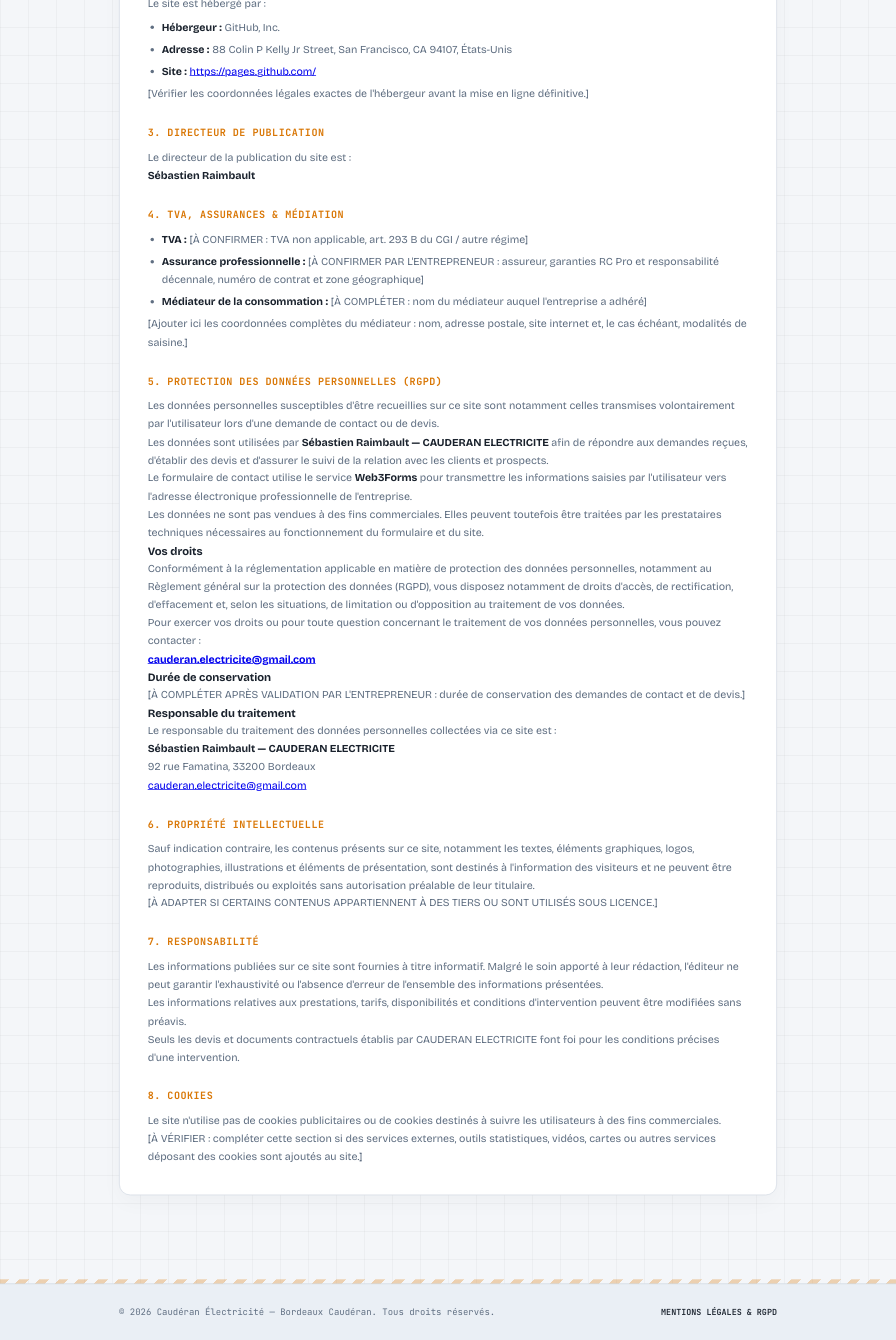
Repository: cauderanelectricite/cauderanelectricite.github.io
Page: mentions-legales.html
An editor plug-in stored every save of this project. The page is shown before and after the next save, followed by the edit.
The browser window is 1280 px wide. The pictures show the part of the page from y = 882 to 2802 px (the page is 2796 px tall before and 2802 px after), at 70% of full size.

Above is the page before, as saved 2026-09-29 20:41:46.

After the next save:
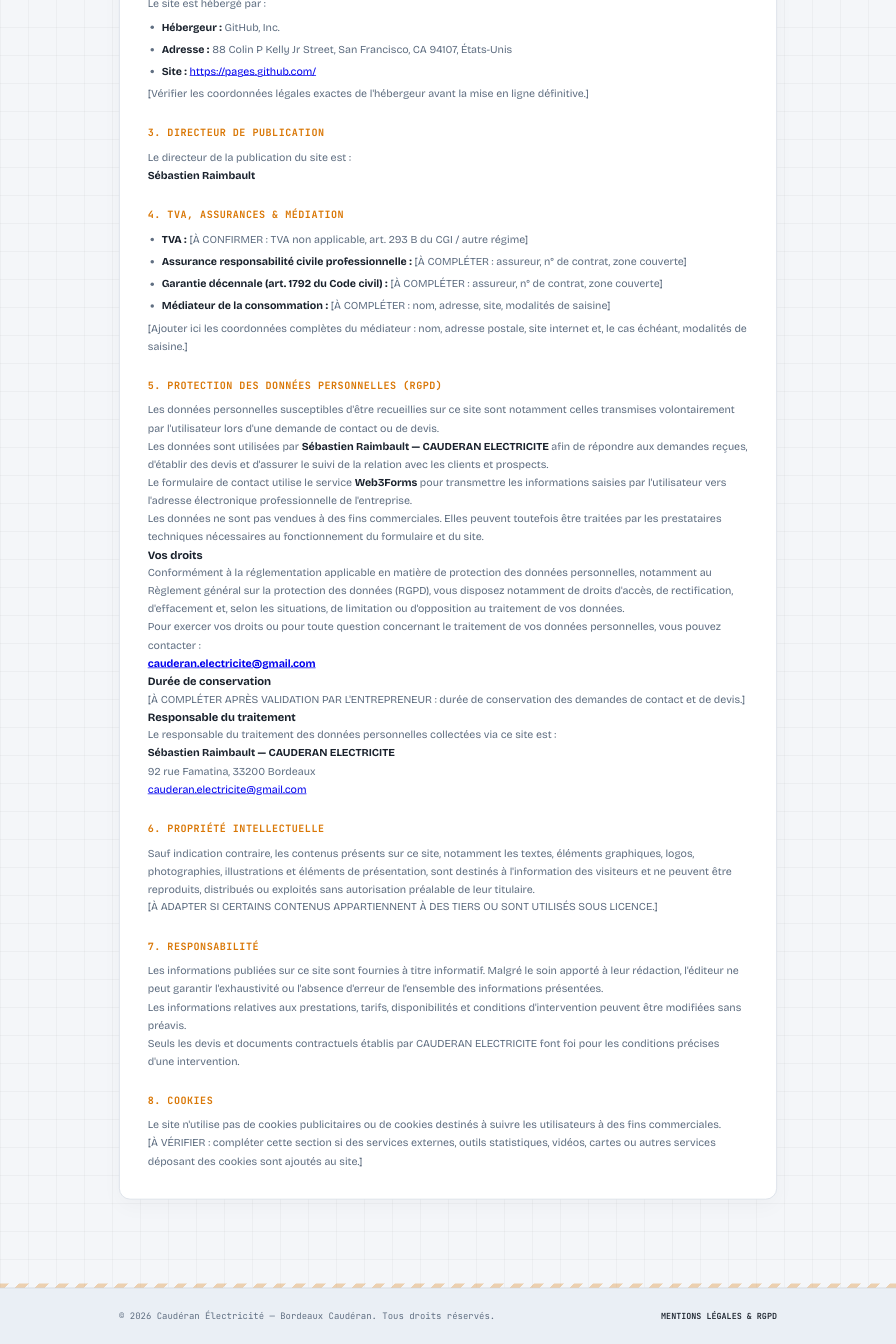
Saved 17 s later.
--- a/mentions-legales.html
+++ b/mentions-legales.html
@@ -211,35 +211,24 @@
                     <h3>
                         4. TVA, assurances & médiation
                     </h3>
-
-                    <ul>
-
-                        <li>
-                            <strong>TVA :</strong>
-                            <span class="placeholder">
-                                [À CONFIRMER : TVA non applicable, art. 293 B du CGI
-                                / autre régime]
-                            </span>
-                        </li>
-
-                        <li>
-                            <strong>Assurance professionnelle :</strong>
-                            <span class="placeholder">
-                                [À CONFIRMER PAR L'ENTREPRENEUR : assureur,
-                                garanties RC Pro et responsabilité décennale,
-                                numéro de contrat et zone géographique]
-                            </span>
-                        </li>
-
-                        <li>
-                            <strong>Médiateur de la consommation :</strong>
-                            <span class="placeholder">
-                                [À COMPLÉTER : nom du médiateur auquel
-                                l'entreprise a adhéré]
-                            </span>
-                        </li>
-
-                    </ul>
+<ul>
+  <li>
+    <strong>TVA :</strong>
+    <span class="placeholder">[À CONFIRMER : TVA non applicable, art. 293 B du CGI / autre régime]</span>
+  </li>
+  <li>
+    <strong>Assurance responsabilité civile professionnelle :</strong>
+    <span class="placeholder">[À COMPLÉTER : assureur, n° de contrat, zone couverte]</span>
+  </li>
+  <li>
+    <strong>Garantie décennale (art. 1792 du Code civil) :</strong>
+    <span class="placeholder">[À COMPLÉTER : assureur, n° de contrat, zone couverte]</span>
+  </li>
+  <li>
+    <strong>Médiateur de la consommation :</strong>
+    <span class="placeholder">[À COMPLÉTER : nom, adresse, site, modalités de saisine]</span>
+  </li>
+</ul>
 
                     <p class="placeholder">
                         [Ajouter ici les coordonnées complètes du médiateur :
